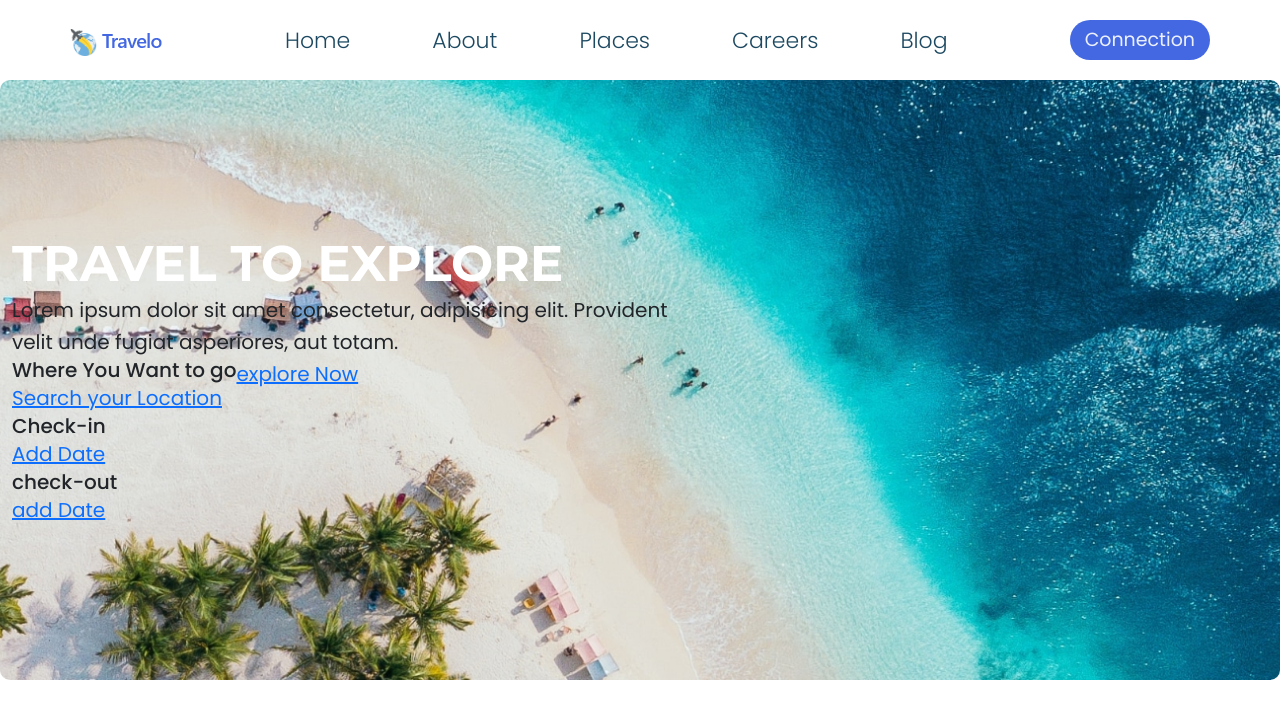
Repository: kuluong2000/travel
Page: index.html
These files come from the project's save history. The page is drawn as it stood at one moment and after the next save; the edit follows.
The browser window is 1280 px wide. The pictures show the whole page.
The style sheet was rebuilt from its Sass, Less or Tailwind sources for each picture, by a compiler version that may differ from the author's.

Above is the page before, as saved 2021-09-03 23:09:33.

After the next save:
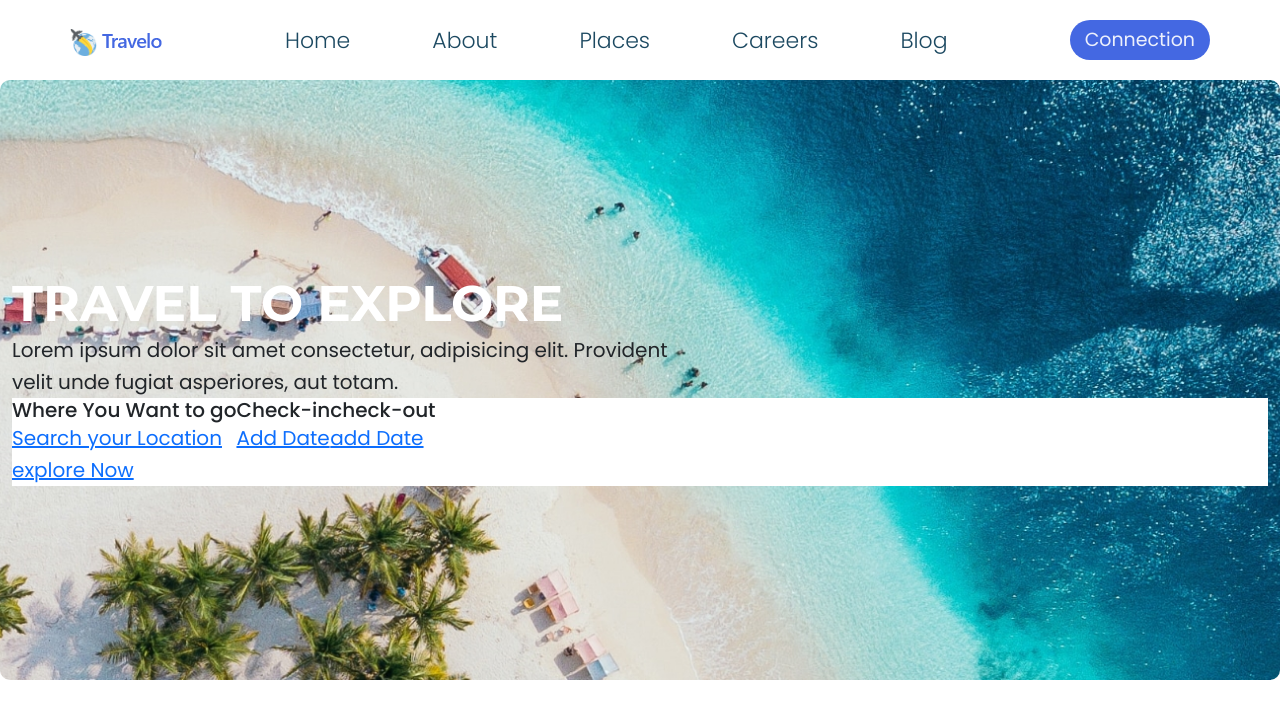
Saved 37 s later.
--- a/assets/sass/_banner.scss
+++ b/assets/sass/_banner.scss
@@ -26,10 +26,10 @@
 
 }
   &__main__bottom{
-    display: flex;
+    background-color: white;
 }
   &__main_list{
-
+    display: flex;
 }
   &__main__item{
 
